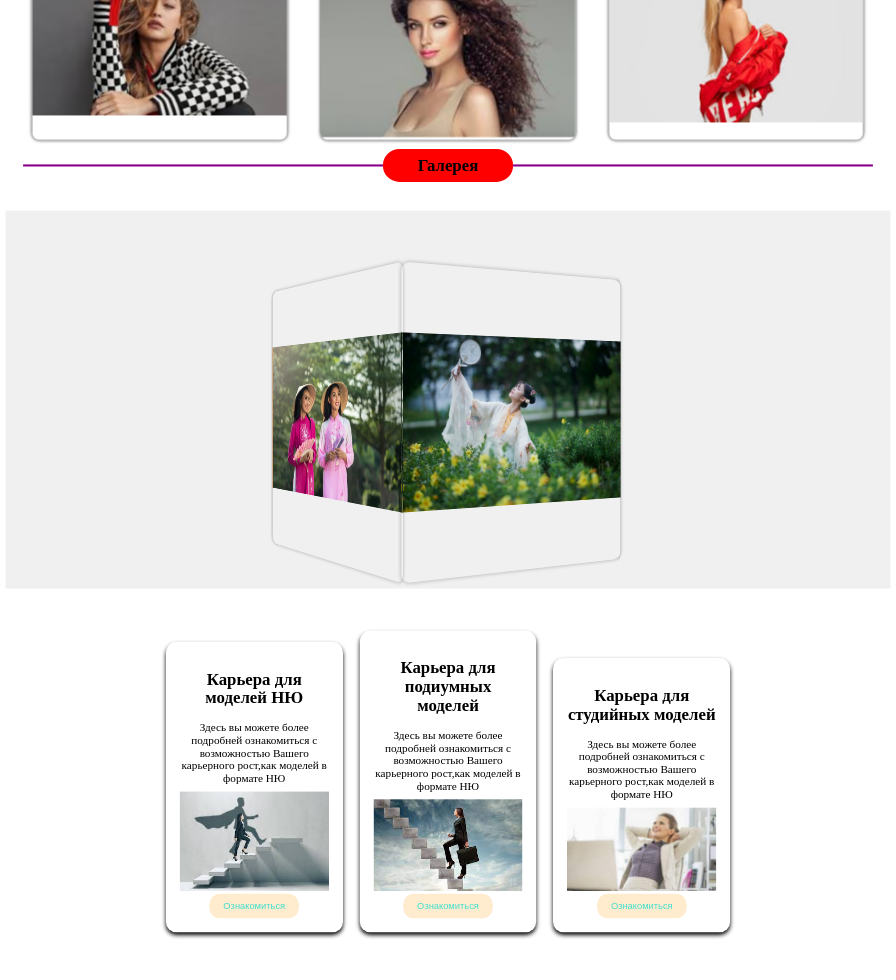
Repository: qtqqrdy13/model-studio
Page: index.html
The author's editor kept a copy of each file at every save. The page is drawn from the files as they stood at one save, then again after the next save.
The browser window is 1280 px wide. The pictures show the part of the page from y = 1677 to 3597 px (the page is 3077 px tall before and 3597 px after), at 70% of full size.
A picture or video elsewhere on the page could not be fetched, so the positions and the page height are approximate.

Above is the page before, as saved 2023-09-01 13:34:39.

After the next save:
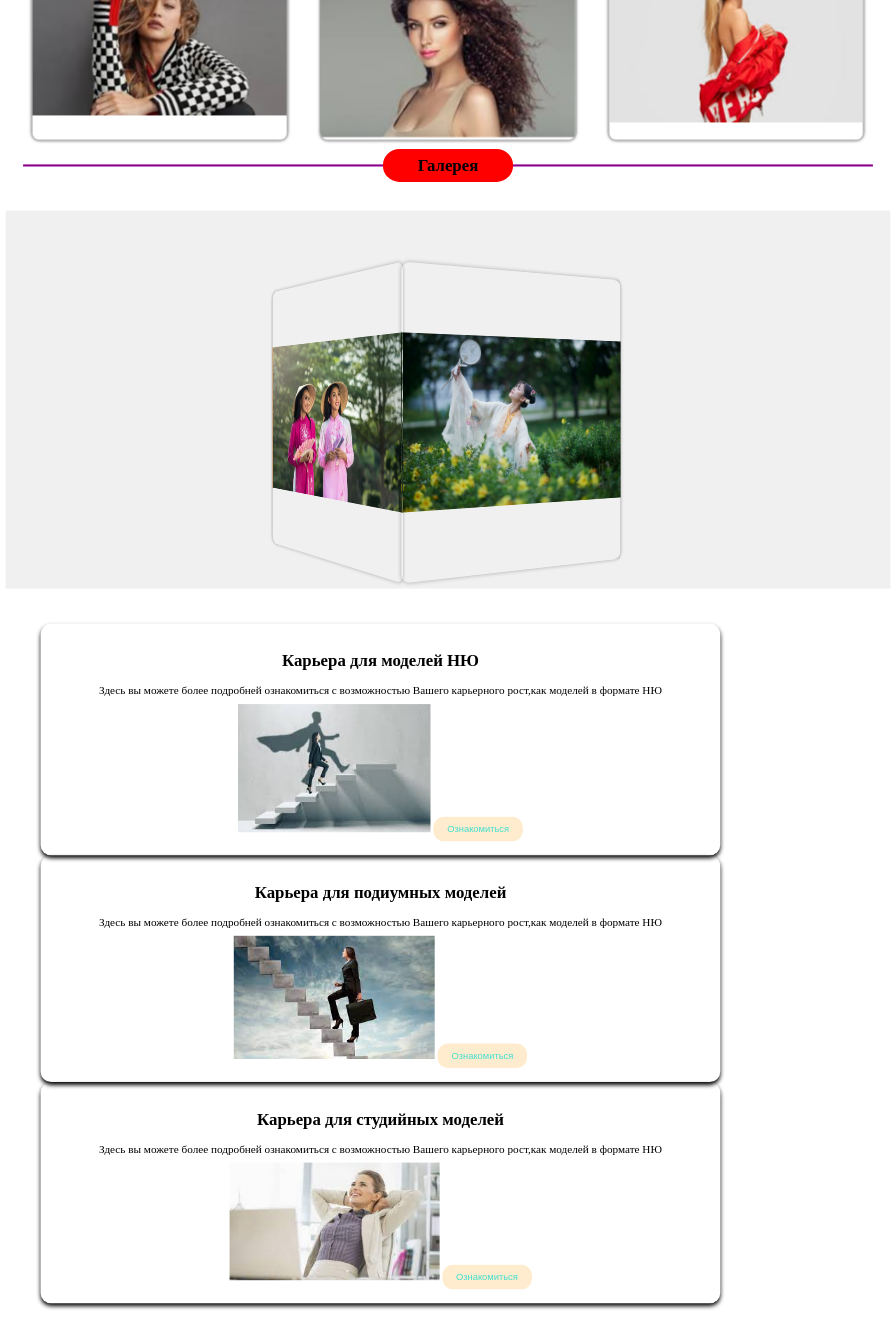
Saved 2 min 8 s later.
--- a/index.html
+++ b/index.html
@@ -28,21 +28,21 @@
     </header>
 
     <div class="intro">
-         <div class="intro__inner">
+        <div class="intro__inner">
             <h2 class="intro_suptitle">
                 Добро пожаловать!
             </h2>
             <h1 class="intro_title">
                 На наш сайт
             </h1>
-                    <a class="button">
-                        Читать далее
-                    </a>
+            <a class="button">
+                Читать далее
+            </a>
         </div>
         <img src="../java/img/ответственная-стильная-девушка-отдающая-приветствие-слушая-порядок-217387674.webp" alt="">
 
     </div>
-     <div id="about_us">
+    <div id="about_us">
         <div class="announcement">
             <h2 class="title">
                 Про нас
@@ -55,7 +55,13 @@
                 МЫ СУПЕР НОВАЯ КРУТАЯ МОДЕЛЬНАЯ СТУДИЯ
             </h1>
             <p>
-                Lorem ipsum dolor sit amet consectetur adipiscing elit mollis interdum, ac parturient magnis ultricies congue gravida nulla vivamus sem, purus maecenas id vestibulum odio aptent facilisis ante. Finibus mi enim porta tristique ipsum conubia viverra bibendum praesent, rhoncus pellentesque senectus vestibulum odio ornare curabitur feugiat nec dictum, montes nascetur fringilla netus efficitur himenaeos elementum facilisis. Amet purus commodo vel nullam vulputate non mi sagittis ac, malesuada vehicula varius phasellus tristique tempor ullamcorper facilisis, sem quisque morbi consequat curae imperdiet eros libero.
+                Lorem ipsum dolor sit amet consectetur adipiscing elit mollis interdum, ac parturient magnis ultricies
+                congue gravida nulla vivamus sem, purus maecenas id vestibulum odio aptent facilisis ante. Finibus mi
+                enim porta tristique ipsum conubia viverra bibendum praesent, rhoncus pellentesque senectus vestibulum
+                odio ornare curabitur feugiat nec dictum, montes nascetur fringilla netus efficitur himenaeos elementum
+                facilisis. Amet purus commodo vel nullam vulputate non mi sagittis ac, malesuada vehicula varius
+                phasellus tristique tempor ullamcorper facilisis, sem quisque morbi consequat curae imperdiet eros
+                libero.
             </p>
             <a class="clicker" href="#">
                 Читать дальше
@@ -170,20 +176,20 @@
             <div class="slide">
                 <img src="../java/img/q.webp">
             </div>
-              <div class="slide">
+            <div class="slide">
                 <img src="../java/img/w.jpg">
-              </div>
-                <div class="slide">
-                    <img src="../java/img/e.jpg">
-                </div>
-                <div class="slide">
-                    <img src="../java/img/r.jpg">
-                </div>
-                <div class="slide">
-                    <img src="../java/img/t.jpg">
-                </div>
-            </div>
-        </div>
+            </div>
+            <div class="slide">
+                <img src="../java/img/e.jpg">
+            </div>
+            <div class="slide">
+                <img src="../java/img/r.jpg">
+            </div>
+            <div class="slide">
+                <img src="../java/img/t.jpg">
+            </div>
+        </div>
+    </div>
     </div>
     <div class="suction">
         <div class="category">
@@ -191,7 +197,8 @@
                 Карьера для моделей НЮ
             </h2>
             <p>
-                Здесь вы можете более подробней ознакомиться с возможностью Вашего карьерного рост,как моделей в формате НЮ
+                Здесь вы можете более подробней ознакомиться с возможностью Вашего карьерного рост,как моделей в формате
+                НЮ
             </p>
             <img src="../java/img/kariera2.jpg" alt="image1">
             <button class="baton">
@@ -203,7 +210,8 @@
                 Карьера для подиумных моделей
             </h2>
             <p>
-                Здесь вы можете более подробней ознакомиться с возможностью Вашего карьерного рост,как моделей в формате НЮ
+                Здесь вы можете более подробней ознакомиться с возможностью Вашего карьерного рост,как моделей в формате
+                НЮ
             </p>
             <img src="../java/img/kariera.jpg" alt="image2">
             <button class="baton">
@@ -215,14 +223,14 @@
                 Карьера для студийных моделей
             </h2>
             <p>
-                Здесь вы можете более подробней ознакомиться с возможностью Вашего карьерного рост,как моделей в формате НЮ
+                Здесь вы можете более подробней ознакомиться с возможностью Вашего карьерного рост,как моделей в формате
+                НЮ
             </p>
             <img src="../java/img/kariera3.jpg" alt="image3">
             <button class="baton">
                 Ознакомиться
             </button>
         </div>
-
     </div>
 </body>
 
--- a/style.css
+++ b/style.css
@@ -397,10 +397,9 @@ p {
 }
 
 .category {
-    display: inline-block;
-    width: calc(20% - 20px);
+    width: 80%;
     padding: 20px;
-    margin: 10px;
+    margin: o auto 20px;
     border-radius: 15px;
     box-shadow: 0 4px 6px black;
     transition: transform 0.2s, box-shadow 0.2s;
